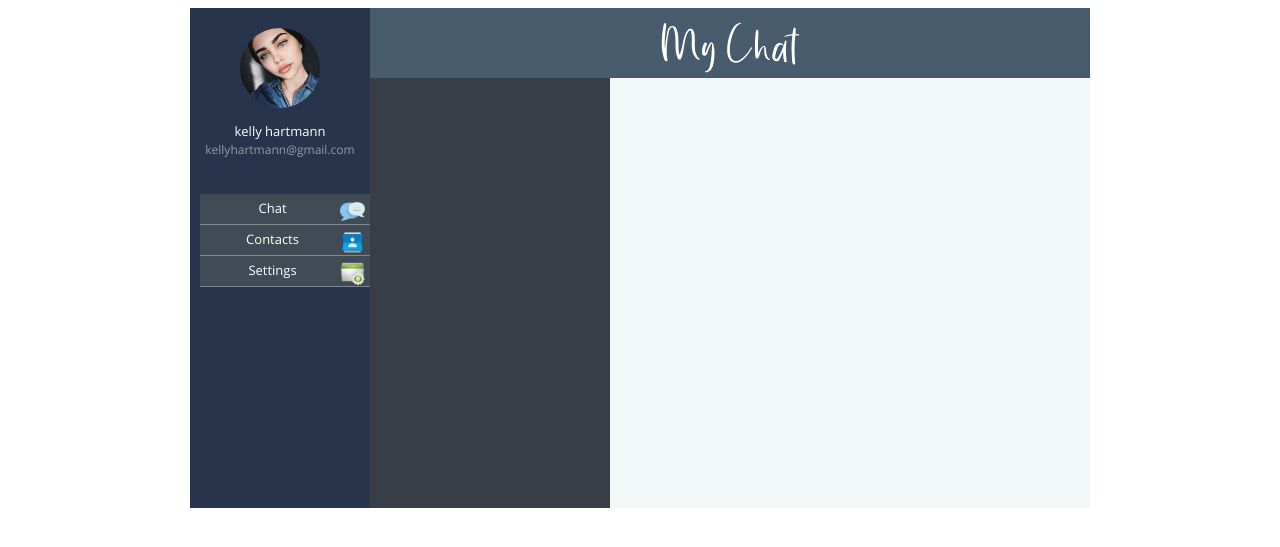
Repository: chathura226/SeekWork_Group_Project_I
Page: http://localhost/
The author's editor kept a copy of each file at every save. The page is drawn from the files as they stood at one save, then again after the next save.
The browser window is 1280 px wide. The pictures show the whole page.
After loading, the first visible `#label_chat` was clicked once.
The page is run by PHP 8.4 with error messages shown; the project is at /var/www/html/.

Above is the page before, as saved 2023-12-04 18:25:37.
Console error: ReferenceError: ajx is not defined

### chat/index.php
<!DOCTYPE html>
<html>
    <head>
        <title>Chat</title>

    </head>
    <style type="text/css">

        @font-face {
            font-family: headFont;
            src: url(ui/fonts/Summer-Vibes-OTF.otf);
        }

        @font-face {
            font-family: myfont;
            src: url(ui/fonts/OpenSans-Regular.ttf);
        }


        #wrapper{

            max-width: 900px;
            min-height: 500px;
            display: flex;
            margin:auto;
            color:white;
            font-family:myfont;
            font-size:13px;

        }

        #left_pannel{
            min-height: 400px;
            background-color: #27344b;
            flex:1;
            text-align:center;




        }

        #profile_image{
            width:50%;
            /*border:solid thin white;*/
            border-radius:50%;
            margin:10px;


        }


        #left_pannel label{
            width:100%;
            height: 20px;
            display:block;
            background-color:#404b56;
            border-bottom:solid thin #ffffff55;
            cursor: pointer;
            padding: 5px;
            transition: all 1s ease ;


        }


        #left_pannel label:hover{

            background-color:#778593;

        }


        #left_pannel label img{
            float:right;
            width:25px;




        }

        #right_pannel{
            min-height: 500px;
            flex:4;
            text-align: center;

        }

        #header{
            background-color: #485b6c;
            height: 70px;
            font-size:40px;
            text-align:center;
            font-family:headFont;


        }

        #inner_left_pannel{
            background-color:#383e48;
            flex:1;
            min-height:430px


        }

        #inner_right_pannel{
            background-color:#f2f7f8;
            flex:2;
            min-height:430px;
            transition:all 2s ease;


        }

        #radio_contacts:checked ~ #inner_right_pannel{
            flex:0;
        }

        #radio_settings:checked ~ #inner_right_pannel{
            flex:0;
        }




    </style>
    <body>
        <div id="wrapper">

           <div id="left_pannel">
                <div style="padding: 10px;">
                    <img id="profile_image" src="ui/images/user3.jpg">
                    <br>
                    kelly hartmann
                    <br>
                    <span style="font-size:12px; opacity:0.5;">kellyhartmann@gmail.com</span>
                    <br>
                    <br>
                    <br>
                    <div>
                        <label id="label_chat"  for ="radio_chat">Chat<img src="ui/icons/chat.png"></label>
                        <label id="label_contact"  for ="radio_contacts">Contacts<img src="ui/icons/contacts.png"></label>
                        <label id="label_settings" for ="radio_settings">Settings<img src="ui/icons/settings.png"></label>
                    </div>

                </div>
           </div>
           <div id="right_pannel">
              <div id="header" >My Chat</div>
                <div id="container"  style="display: flex">

                <div id="inner_left_pannel">
                </div>

                <input type="radio" id="radio_chat" name="my_radio" style="display:none;">
                <input type="radio" id="radio_contacts" name="my_radio" style="display:none;">
                <input type="radio" id="radio_settings" name="my_radio" style="display:none;">

                <div id="inner_right_pannel"></div>
                </div>
           </div>



        </div>


    </body>
</html>

<script type="text/javascript">

    function _(element){
        return document.getElementById(element);
    }



    var label = _("label_chat");

    label.addEventListener("click",function(){

        var inner_pannel = _("inner_left_pannel");

        var ajax = new XMLHttpRequest();

        ajx.onload = function(){

            if(ajx.status==200 || ajax.readyState==4){

                inner_pannel.innerHTML = ajax.responseText;


            }


        }

        ajax.open("POST","file.txt",true);
        ajax.send();


    });



</script>

### chat/ui/file.txt
data from server

After the next save:
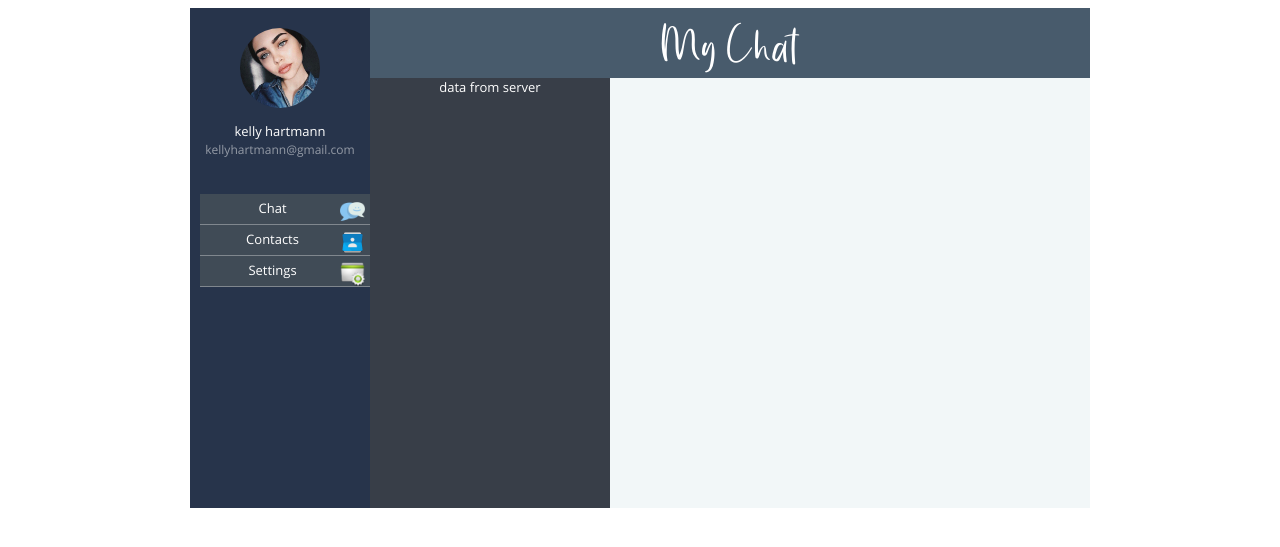
The error is gone.
Saved 24 s later.
--- a/chat/index.php
+++ b/chat/index.php
@@ -186,9 +186,9 @@
 
         var ajax = new XMLHttpRequest();
 
-        ajx.onload = function(){
-
-            if(ajx.status==200 || ajax.readyState==4){
+        ajax.onload = function(){
+
+            if(ajax.status==200 || ajax.readyState==4){
 
                 inner_pannel.innerHTML = ajax.responseText;
 
